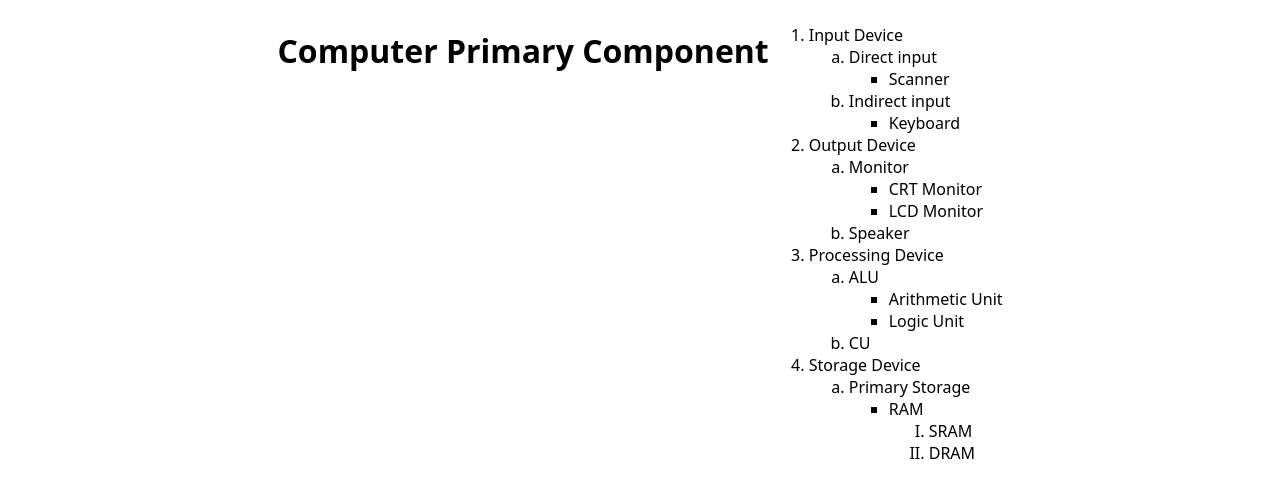
Repository: SharonSebastian32/Nested_List_in_html
Page: index.html
The author's editor kept a copy of each file at every save. The page is drawn from the files as they stood at one save, then again after the next save.
The browser window is 1280 px wide. The pictures show the whole page.

Above is the page before, as saved 2024-09-01 07:46:03.

### index.html
<!DOCTYPE html>
<html lang="en">
  <head>
    <meta charset="UTF-8" />
    <meta name="viewport" content="width=device-width, initial-scale=1.0" />
    <title>Document</title>
    <link rel="stylesheet" href="./Styles/Styles.css" />
  </head>
  <body>
    <div style="display: flex;justify-content: center;">
        <h1>Computer Primary Component</h1>
    <ol>
      <li>Input Device</li>
      <ol type="a">
        <li>Direct input</li>
        <ul style="list-style-type: square">
          <li>Scanner</li>
        </ul>
        <li>Indirect input</li>
        <ul>
          <li>Keyboard</li>
        </ul>
      </ol>
      <li>Output Device</li>
      <ol type="a">
        <li>Monitor</li>
        <ul>
          <li>CRT Monitor</li>
          <li>LCD Monitor</li>
        </ul>
        <li>Speaker</li>
      </ol>
      <li>Processing Device</li>
      <ol type="a">
        <li>ALU</li>
        <ul>
          <li>Arithmetic Unit</li>
          <li>Logic Unit</li>
        </ul>
        <ul></ul>
        <li>CU</li>
      </ol>
      <li>Storage Device</li>
      <ol type="a">
        <li>Primary Storage</li>
        <ul>
          <li>RAM</li>
          <ol type="I">
            <li>SRAM</li>
            <li>DRAM</li>
          </ol>
        </ul>
      </ol>
    </ol>
    </div>

  </body>
</html>

### Styles/Styles.css
*{
    font-family: system-ui, -apple-system, BlinkMacSystemFont, 'Segoe UI', Roboto, Oxygen, Ubuntu, Cantarell, 'Open Sans', 'Helvetica Neue', sans-serif;

}

After the next save:
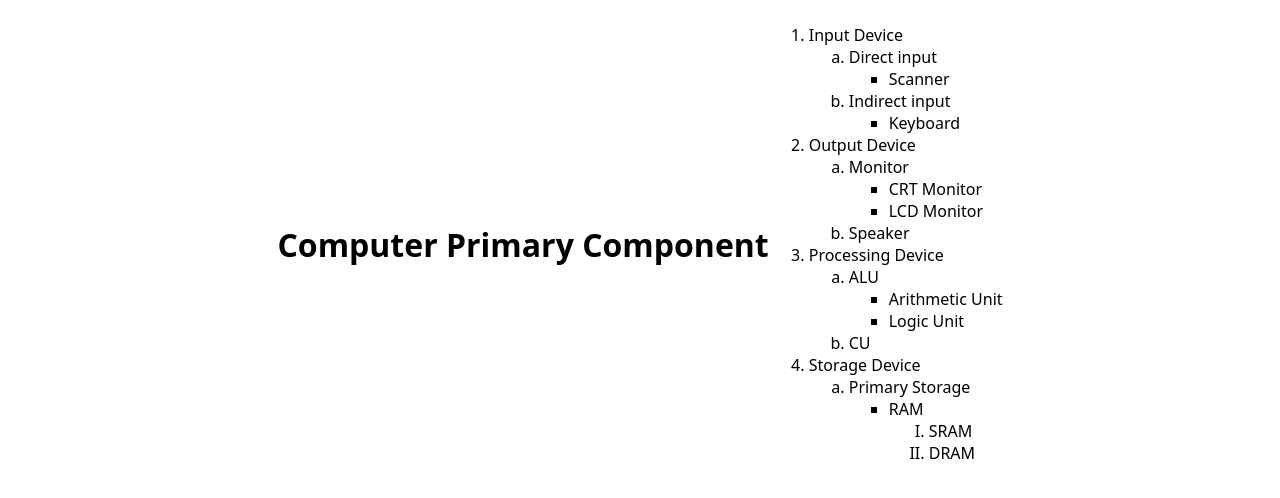
Saved 5 s later.
--- a/index.html
+++ b/index.html
@@ -7,7 +7,7 @@
     <link rel="stylesheet" href="./Styles/Styles.css" />
   </head>
   <body>
-    <div style="display: flex;justify-content: center;">
+    <div style="display: flex;justify-content: center; align-items: center;">
         <h1>Computer Primary Component</h1>
     <ol>
       <li>Input Device</li>
